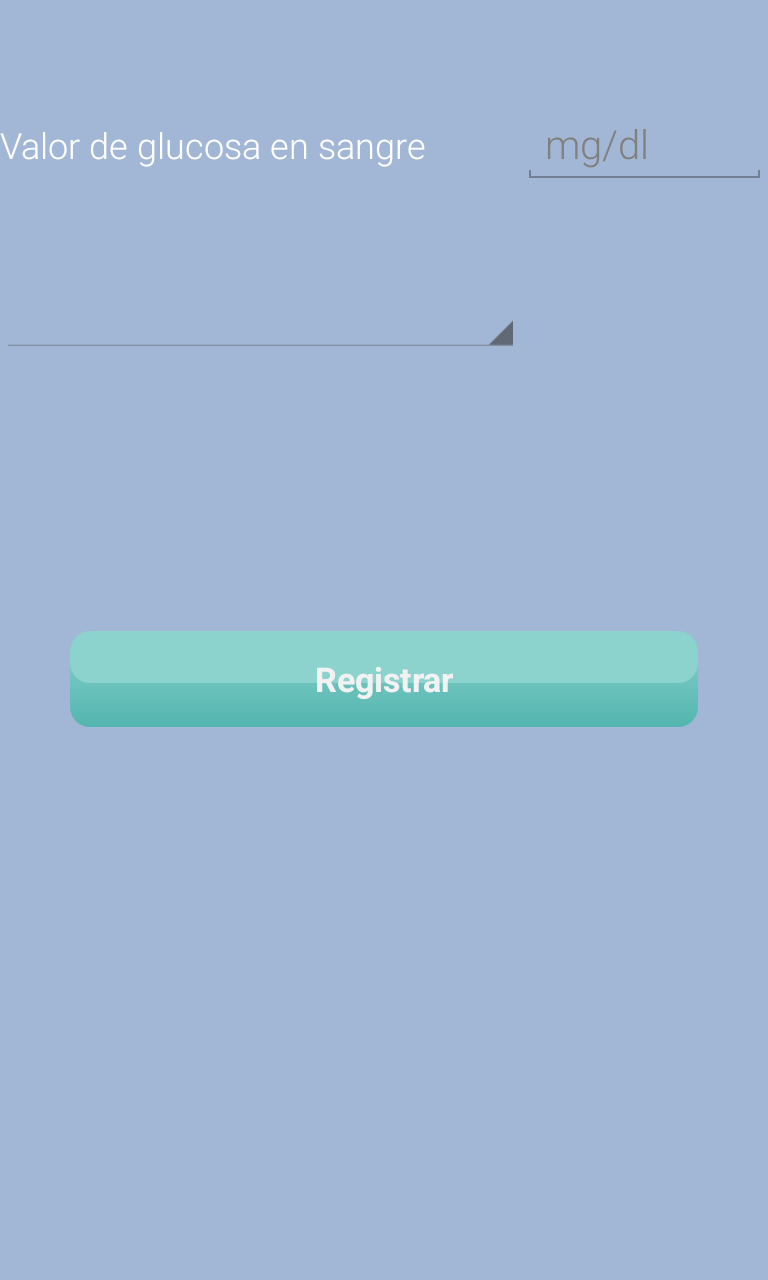
Repository: HectorGarciaMiguel/ssii-diabetes-060036
Layout: SeguimientoDiabetes/res/layout/activity_insertar_medicion.xml
The author's editor kept a copy of each file at every save. The layout is drawn from the files as they stood at one save, then again after the next save.
It is drawn on a 768 x 1280 px phone screen (xhdpi) without system bars, with theme AppTheme; the app's code is not run.

Above is the layout before, as saved 2015-11-17 08:59:01.

After the next save:
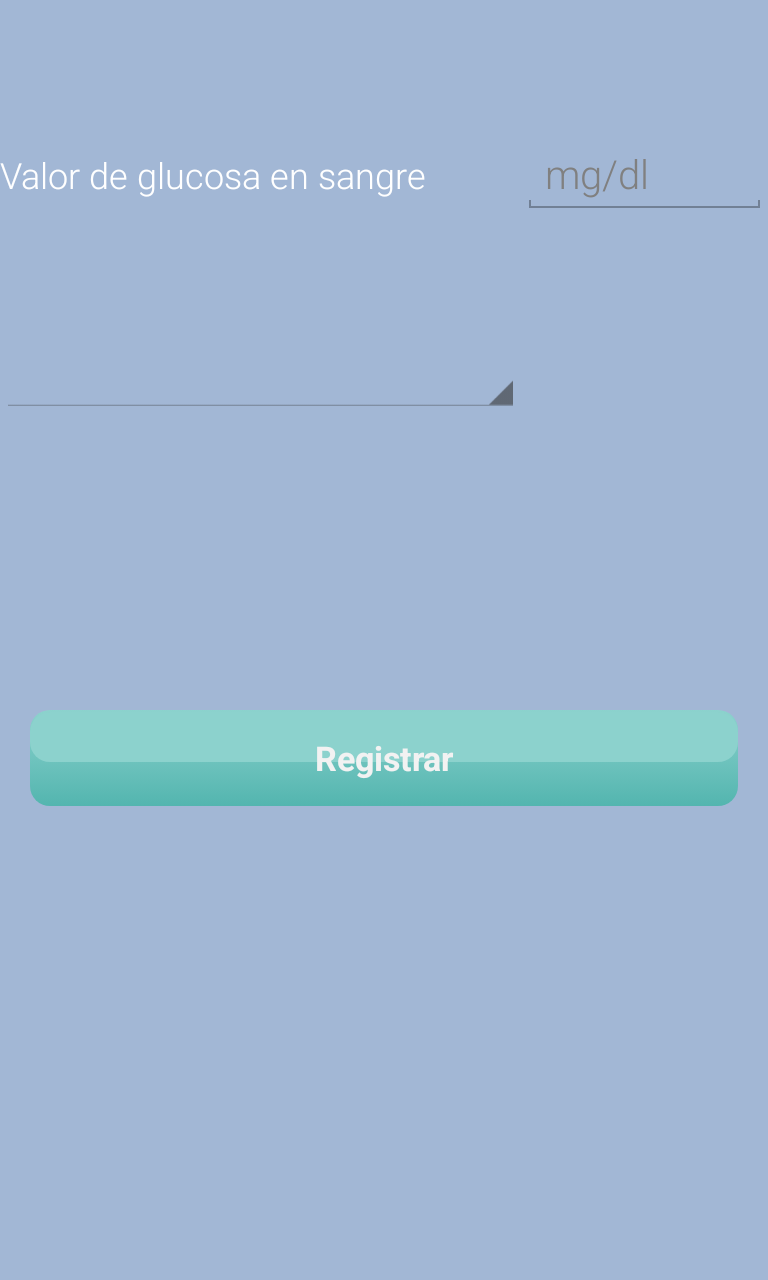
Saved 25 s later.
--- a/SeguimientoDiabetes/res/layout/activity_insertar_medicion.xml
+++ b/SeguimientoDiabetes/res/layout/activity_insertar_medicion.xml
@@ -51,8 +51,7 @@
          android:id="@+id/tableRow3"
         android:layout_width="0px"
         android:layout_height="0px"
-        android:layout_weight="7"
-        android:padding="20dp">
+        android:layout_weight="5" >
 
         <Button
             android:id="@+id/button1"
